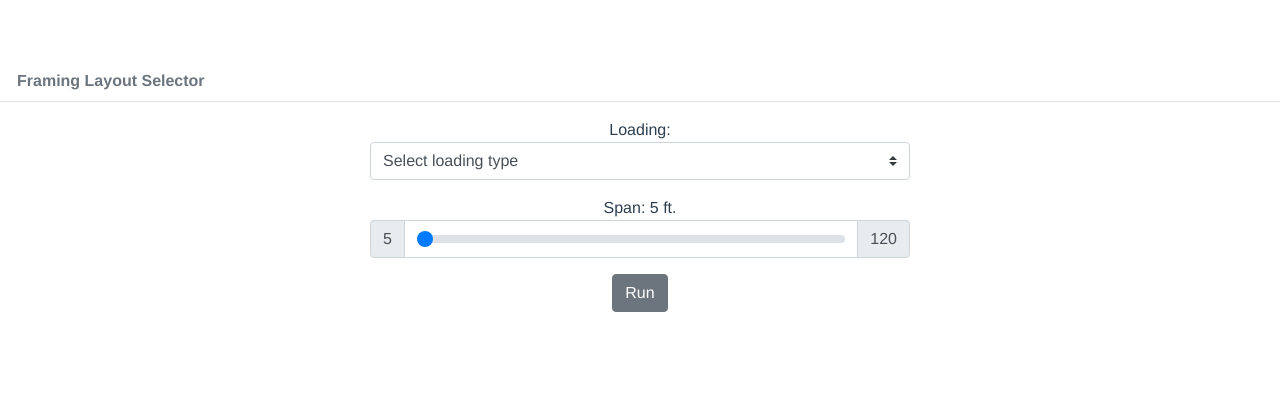
Repository: kanwarjohal/framingconceptclient
Page: /
An editor plug-in stored every save of this project. The page is shown before and after the next save, followed by the edit.
The browser window is 1280 px wide. The pictures show the whole page.
The page's requests for data from a server got no answer. The project was rebuilt for these pictures with package versions that can differ from the ones it lists, and the page was loaded fresh each time. No one was signed in, and anything a server would have sent is missing.

Above is the page before, as saved 2020-04-10 00:52:02.

After the next save:
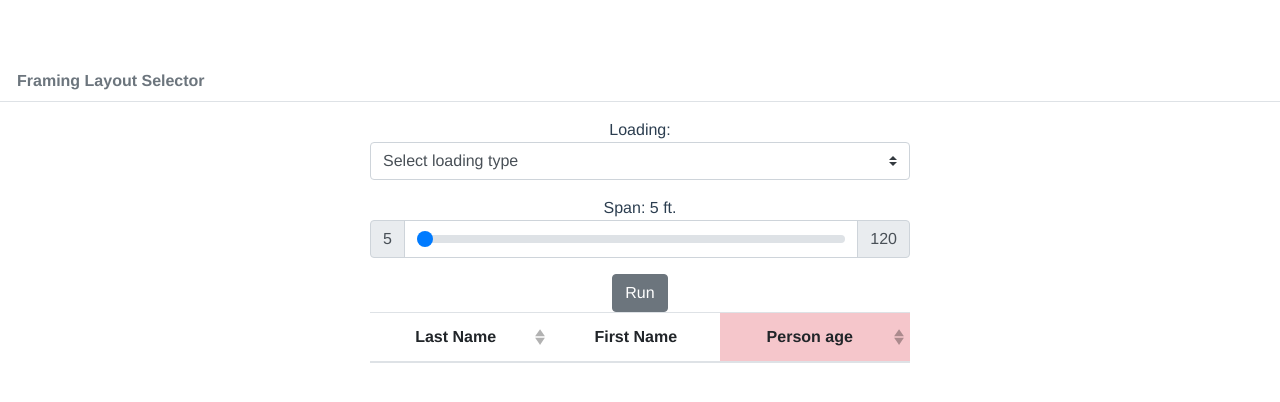
Saved 31 min 28 s later.
--- a/src/components/LoadingType.vue
+++ b/src/components/LoadingType.vue
@@ -29,7 +29,7 @@
         <b-button v-on:click="postPost">Run</b-button>
     </div>
     <div>
-    <b-table striped hover :items="hollowcoreitems"></b-table>
+    <b-table striped hover :items="hollowcoreitems" :fields="fields"></b-table>
     </div>
 </div>
 </template>
@@ -39,7 +39,27 @@
 import axios from 'axios'
     export default {
         data(){
-            return{selected_loading:"Select loading", selected_building:"Select building", input_span:"5", hollowcoreitems:[]}
+                return{selected_loading:"Select loading",
+                selected_building:"Select building",
+                input_span:"5", hollowcoreitems:[],
+                fields: [
+                {
+                key: 'last_name',
+                sortable: true
+                },
+                {
+                key: 'first_name',
+                sortable: false
+                },
+                {
+                key: 'age',
+                label: 'Person age',
+                sortable: true,
+                // Variant applies to the whole column, including the header and footer
+                variant: 'danger'
+                }
+                ],
+                }
         },
         props: {
             firstliveload: Array
